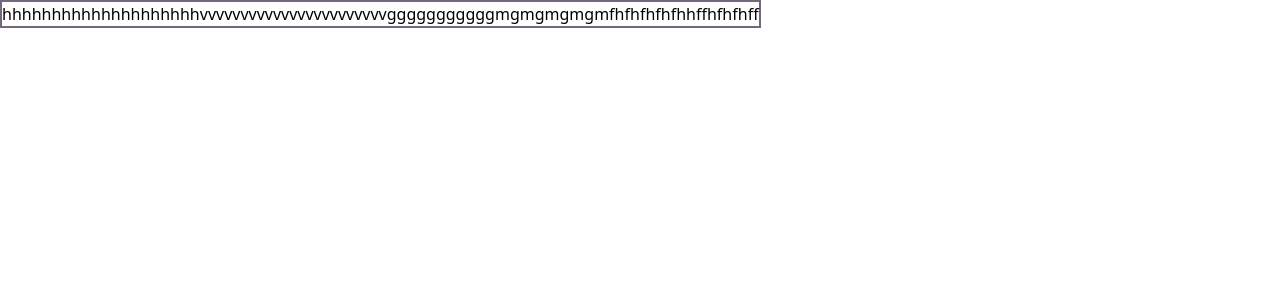
Repository: EmmyDunny1/Belsoft-Project
Page: /
The author's editor kept a copy of each file at every save. The page is drawn from the files as they stood at one save, then again after the next save.
The browser window is 1280 px wide. The pictures show the whole page.
The project was rebuilt for these pictures with package versions that can differ from the ones it lists, and the page was loaded fresh each time. Also part of the build but not shown: vite.config.js.

Above is the page before, as saved 2024-12-05 13:10:52.

### src/App.jsx
import React from 'react'
import Navbar from './components/Navbar'

const App = () => {
  return (
    <div>

      <div><Navbar/>


      </div>

    </div>
  )
}

export default App

### src/components/Navbar.jsx
import React from 'react'
// import Logo from './assets/Logo.png'

const Navbar = () => {
  return (
    <nav className='border-2 border-[#75687e] top-0 left-0 fixed '>

       hhhhhhhhhhhhhhhhhhhhvvvvvvvvvvvvvvvvvvvvvvvgggggggggggmgmgmgmgmfhfhfhfhfhhffhfhfhff


    </nav>
  )
}

export default Navbar

Loaded but not shown: index.html (common file); src/main.jsx (common file); src/index.css (common file); tailwind.config.js (common file)

After the next save:
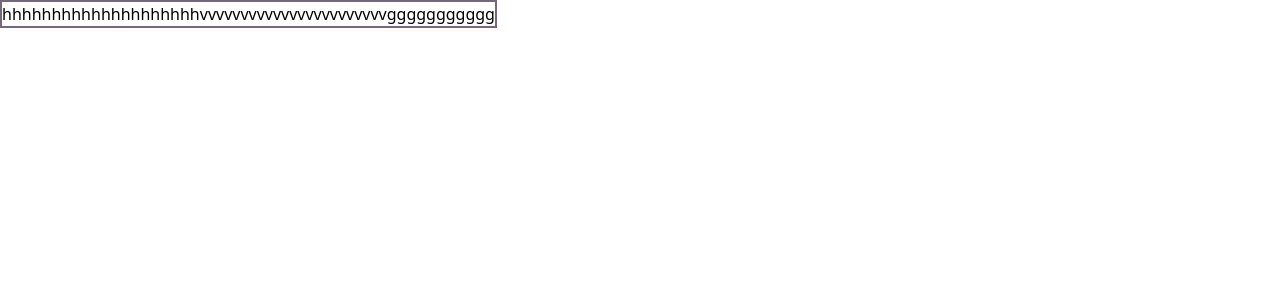
Saved 4 min 14 s later.
--- a/src/components/Navbar.jsx
+++ b/src/components/Navbar.jsx
@@ -5,7 +5,7 @@
   return (
     <nav className='border-2 border-[#75687e] top-0 left-0 fixed '>
 
-       hhhhhhhhhhhhhhhhhhhhvvvvvvvvvvvvvvvvvvvvvvvgggggggggggmgmgmgmgmfhfhfhfhfhhffhfhfhff
+       hhhhhhhhhhhhhhhhhhhhvvvvvvvvvvvvvvvvvvvvvvvggggggggggg
 
 
     </nav>
